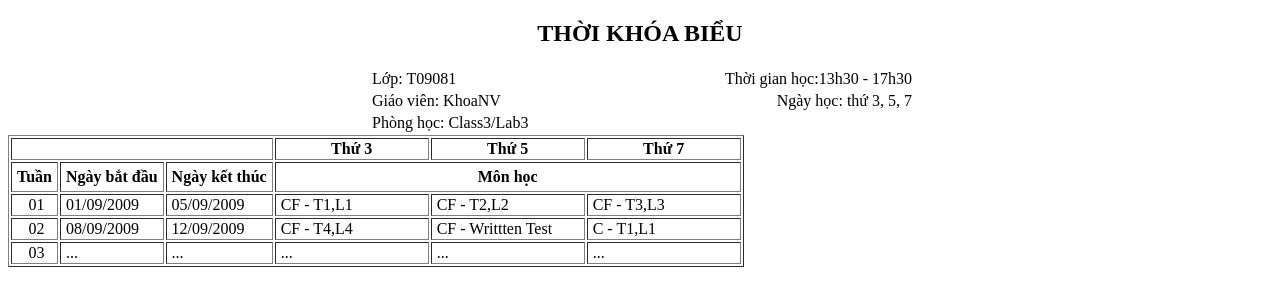
Repository: Lehuyhuynh/BT1-HTML
Page: index.html
The author's editor kept a copy of each file at every save. The page is drawn from the files as they stood at one save, then again after the next save.
The browser window is 1280 px wide. The pictures show the whole page.

Above is the page before, as saved 2023-08-06 22:16:31.

After the next save:
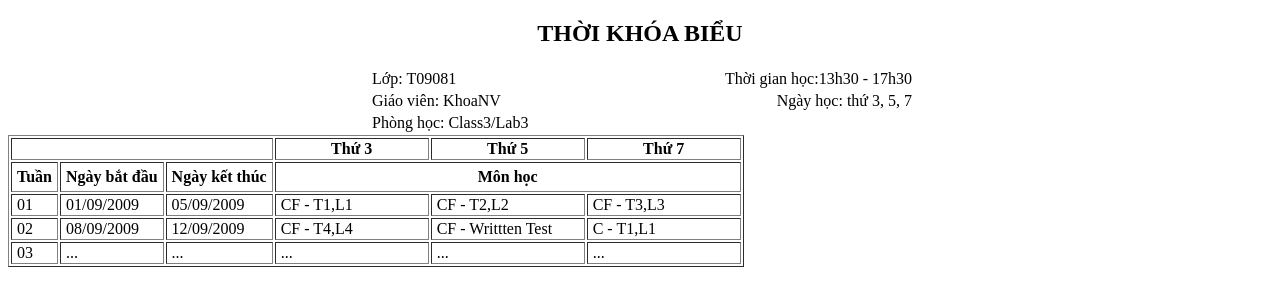
Saved 11 s later.
--- a/index.html
+++ b/index.html
@@ -33,9 +33,7 @@
     #extended-time{
       padding: 5px 5px;
     }
-    #number{
-      text-align: center;
-    }
+
     td{
       padding-left: 5px;
     }
